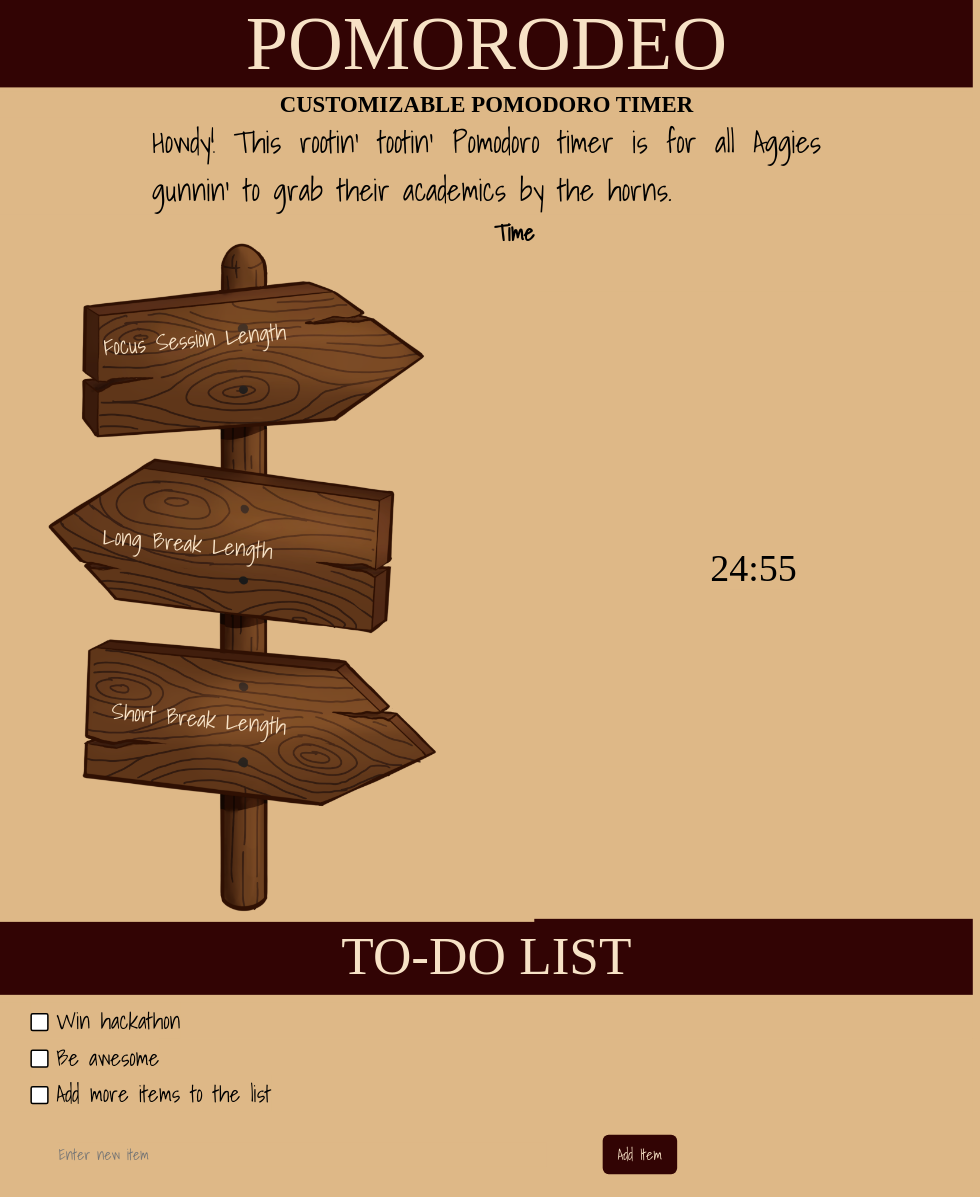
Repository: riya10483/pomodoro
Page: pomorodeo.html
An editor plug-in stored every save of this project. The page is shown before and after the next save, followed by the edit.
The browser window is 1280 px wide. The page is 1290 px wide, so the pictures cover 1290 px, including what lies to the right of the window. The pictures show the whole page, at 76% of full size.
Some web fonts or font styles are not loaded; a fallback is used.

Above is the page before, as saved 2024-09-29 00:03:48.
Console error: SyntaxError: Identifier 'startTiming' has already been declared

After the next save:
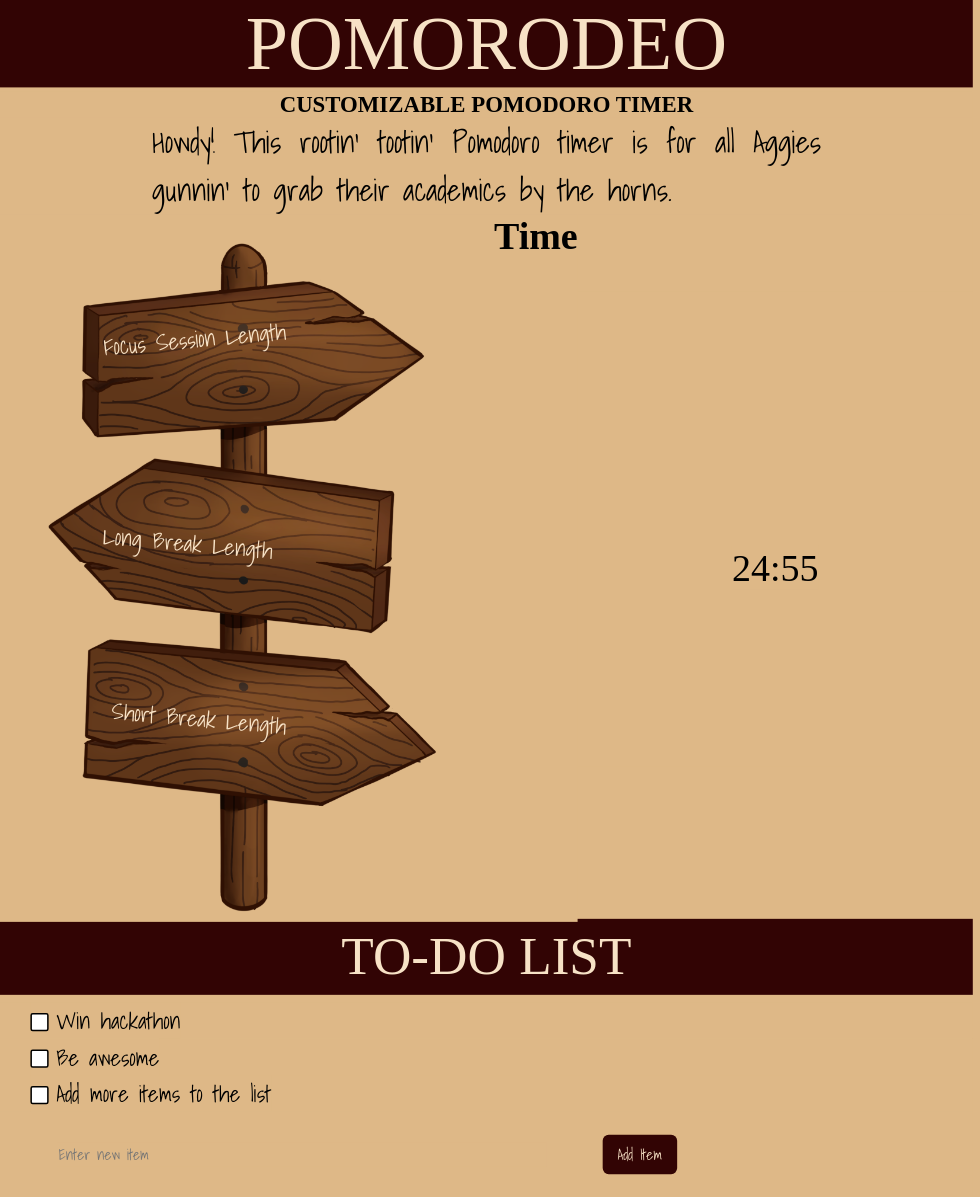
Saved 115 s later.
--- a/pomorodeo.css
+++ b/pomorodeo.css
@@ -116,7 +116,8 @@ button {
 }
 
 #timerTitle{
-
+    font-size: 50px;
+    font-family: Rye;
 }
 
 #timer {
